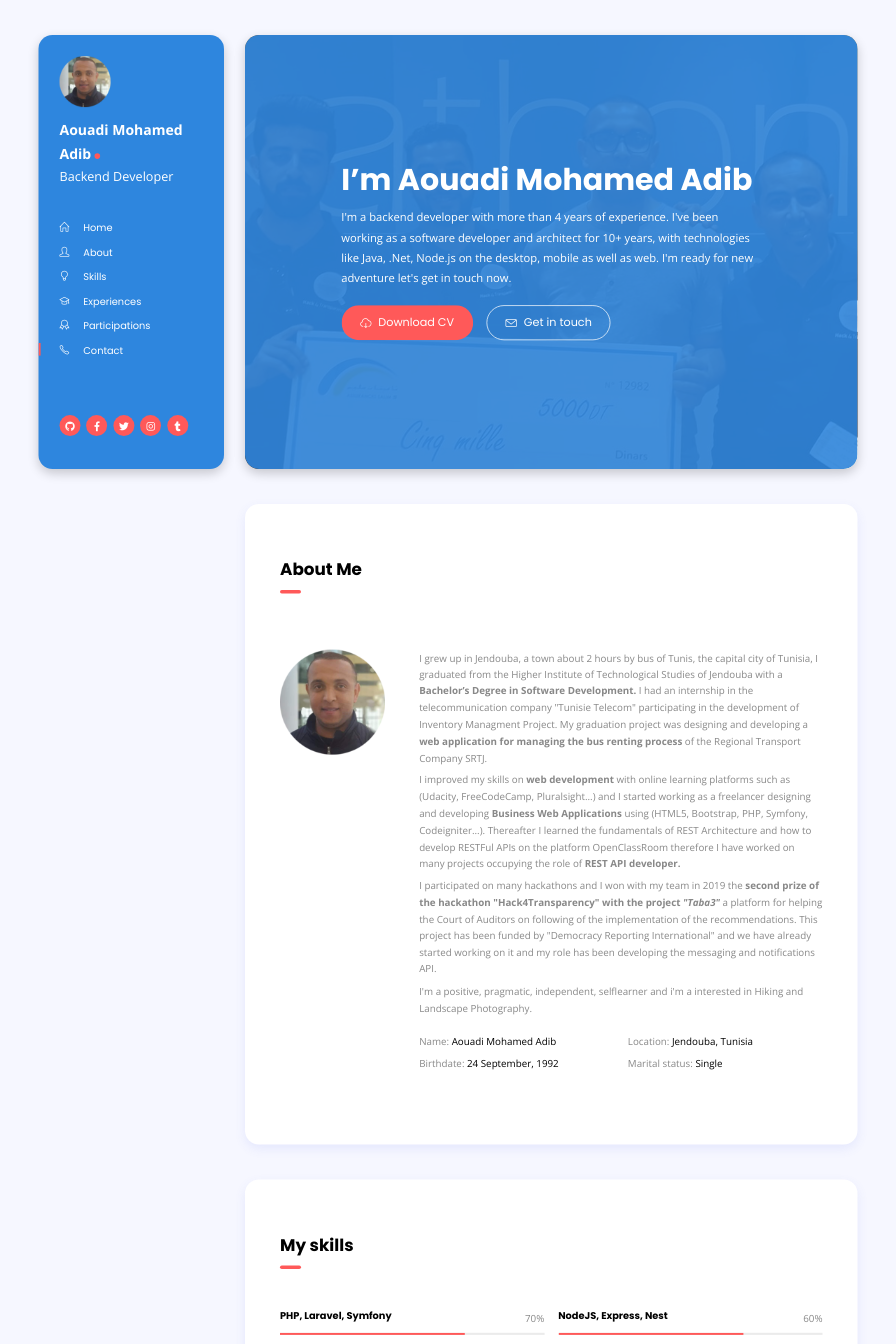
Repository: Adib128/Adib128.github.io
Page: index.html
The author's editor kept a copy of each file at every save. The page is drawn from the files as they stood at one save, then again after the next save.
The browser window is 1280 px wide. The pictures show the part of the page from y = 0 to 1920 px (the page is 5729 px tall), at 70% of full size.

Above is the page before, as saved 2021-10-21 17:45:29.

### index.html
<!DOCTYPE html>
<html lang="en-US">

<head>
	<meta http-equiv="Content-Type" content="text/html; charset=UTF-8">
	<title>Adib - Backend Developer</title>
	<meta name="description" content="Aouadi Mohamed Adib - Backend Developer">
	<meta name="viewport" content="width=device-width, initial-scale=1, maximum-scale=1">
	<link rel="shortcut icon" type="image/x-icon" href="images\favicon.ico">

	<!-- STYLESHEETS -->
	<link rel="stylesheet" href="css\bootstrap.min.css" type="text/css" media="all">
	<link rel="stylesheet" href="css\all.min.css" type="text/css" media="all">
	<link rel="stylesheet" href="css\simple-line-icons.css" type="text/css" media="all">
	<link rel="stylesheet" href="css\slick.css" type="text/css" media="all">
	<link rel="stylesheet" href="css\jquery.mCustomScrollbar.min.css" type="text/css" media="all">
	<link rel="stylesheet" href="css\style.css" type="text/css" media="all">
</head>

<body>

	<!-- preloader -->
	<div id="preloader">
		<div class="outer">
			<div class="spinner">
				<div class="dot1"></div>
				<div class="dot2"></div>
			</div>
		</div>
	</div>

	<!-- site wrapper -->
	<div class="site-wrapper">

		<!-- mobile header -->
		<div class="mobile-header py-2 px-3 mt-4">
			<button class="menu-icon mr-2">
				<span></span>
				<span></span>
				<span></span>
			</button>
			<a href="index.html" class="logo"><img src="images\logo.png" alt="Aouadi Mohamed Adib"></a>
			<a href="index.html" class="site-title dot ml-2">Aouadi Mohamed Adib</a>
		</div>

		<!-- header -->
		<header class="left float-left shadow-dark" id="header">
			<button type="button" class="close" aria-label="Close">
				<span aria-hidden="true">&times;</span>
			</button>
			<div class="header-inner d-flex align-items-start flex-column">
				<a href="index.html"><img src="images\logo.png" alt="Aouadi Mohamed Adib"></a>
				<a href="index.html" class="site-title dot mt-3">Aouadi Mohamed Adib</a>
				<span class="site-slogan">Backend Developer</span>

				<!-- navigation menu -->
				<nav>
					<ul class="vertical-menu scrollspy">
						<li><a href="#home" class="active"><i class="icon-home"></i>Home</a></li>
						<li><a href="#about"><i class="icon-user"></i>About</a></li>
						<li><a href="#skills"><i class="icon-bulb"></i>Skills</a></li>
						<li><a href="#resume"><i class="icon-graduation"></i>Experiences</a></li>
						<li><a href="#participation"><i class="icon-badge"></i>Participations</a></li>
						<li><a href="#contact"><i class="icon-phone"></i>Contact</a></li>
					</ul>
				</nav>

				<!-- footer -->
				<div class="footer mt-auto">

					<!-- social icons -->
					<ul class="social-icons list-inline">
						<li class="list-inline-item"><a href="https://github.com/Adib128/" target="_blank"><i
									class="fab fa-github"></i></a></li>
						<li class="list-inline-item"><a href="https://www.facebook.com/aouadi.adib/" target="_blank"><i
									class="fab fa-facebook-f"></i></a></li>
						<li class="list-inline-item"><a href="https://twitter.com/Adib128" target="_blank"><i
									class="fab fa-twitter"></i></a></li>
						<li class="list-inline-item"><a href="https://www.instagram.com/aouadi.adib/" target="_blank"><i
									class="fab fa-instagram"></i></a></li>
						<li class="list-inline-item"><a href="https://adib128.tumblr.com/" target="_blank"><i
									class="fab fa-tumblr"></i></a></li>
					</ul>
				</div>
			</div>
		</header>

		<!-- main content area -->
		<main class="content float-right">

			<!-- section hero -->
			<section class="hero background parallax shadow-dark d-flex align-items-center" id="home"
				data-image-src="images/adib.jpg">
				<div class="cta mx-auto mt-2">
					<h1 class="mt-0 mb-4">I’m Aouadi Mohamed Adib</h1>
					<p class="mb-4">
						I'm a backend developer with more than 4 years of experience.
						I've been working as a software developer and architect for 10+ years, with technologies like Java, .Net, Node.js on the desktop, mobile as well as web.
						I'm ready for new adventure let's get in touch now.
					</p>
					<a href="./cv/cv_aouadi_mohamed_adib.pdf" target="_blank" class="btn btn-default btn-lg mr-3"><i
							class="icon-cloud-download" download></i>Download CV</a>
					<a href="#contact" class="btn btn-border-light btn-lg"><i class="icon-envelope"></i>Get in touch</a>
				</div>
				<div class="overlay"></div>
			</section>

			<!-- section about -->
			<section id="about" class="shadow-blue white-bg padding">
				<h3 class="section-title">About Me</h3>
				<div class="spacer" data-height="80"></div>

				<div class="row">
					<div class="col-md-3">
						<img src="images\about.png" alt="about">
					</div>
					<div class="col-md-9">
						<p class="mb-0">
							I grew up in Jendouba, a town about 2 hours by bus of Tunis, the capital city of Tunisia, I
							graduated from the Higher Institute of Technological Studies of Jendouba
							with a <b>Bachelor’s Degree in Software Development.</b> I had an internship in the
							telecommunication company "Tunisie Telecom" participating in the development of Inventory
							Managment Project.
							My graduation project was designing and developing a <b> web application for managing the
								bus renting process </b> of the Regional Transport Company SRTJ.
						<div class="spacer" data-height="8"></div>
						I improved my skills on <b> web development </b> with online learning platforms such as
						(Udacity, FreeCodeCamp, Pluralsight...)
						and I started working as a freelancer designing and developing <b> Business Web Applications
						</b> using (HTML5, Bootstrap, PHP, Symfony, Codeigniter...).
						Thereafter I learned the fundamentals of REST Architecture and how to develop RESTFul APIs on
						the platform OpenClassRoom therefore I have worked on many projects occupying the role
						of<b> REST API developer. </b>
						<div class="spacer" data-height="8"></div>
						I participated on many hackathons and I won with my team in 2019 the <b> second prize of the
							hackathon "Hack4Transparency"  with the project <i>"Taba3"</i>  </b> a platform for
						helping the Court of Auditors on following of the implementation of the recommendations.
						This project has been funded by "Democracy Reporting International" and we have already started
						working on it and my role has been developing the messaging and notifications API.
						<div class="spacer" data-height="8"></div>
						I'm a positive, pragmatic, independent, selflearner and i'm a interested in Hiking and Landscape
						Photography.

						</p>
						<div class="row my-4">
							<div class="col-md-6">
								<p class="mb-2">Name: <span class="text-dark">Aouadi Mohamed Adib</span></p>
								<p class="mb-0">Birthdate: <span class="text-dark">24 September, 1992</span></p>
							</div>
							<div class="col-md-6 mt-2 mt-md-0 mt-sm-2">
								<p class="mb-2">Location: <span class="text-dark">Jendouba, Tunisia</span></p>
								<p class="mb-0">Marital status: <span class="text-dark">Single</span></p>
							</div>
						</div>
					</div>
				</div>
			</section>

			<!-- section skills -->
			<section id="skills" class="shadow-blue white-bg padding">
				<h3 class="section-title">My skills</h3>
				<div class="spacer" data-height="10"></div>

				<div class="row mt-5">

					<div class="col-md-6">
						<!-- skill item -->
						<div class="skill-item">
							<div class="skill-info clearfix">
								<h4 class="float-left mb-3 mt-0">PHP, Laravel, Symfony</h4>
								<span class="float-right">70%</span>
							</div>
							<div class="progress">
								<div class="progress-bar" role="progressbar" aria-valuemin="0" aria-valuemax="100"
									aria-valuenow="70">
								</div>
							</div>
							<div class="spacer" data-height="50"></div>
						</div>
					</div>

					<div class="col-md-6">
						<!-- skill item -->
						<div class="skill-item">
							<div class="skill-info clearfix">
								<h4 class="float-left mb-3 mt-0">NodeJS, Express, Nest</h4>
								<span class="float-right">60%</span>
							</div>
							<div class="progress">
								<div class="progress-bar" role="progressbar" aria-valuemin="0" aria-valuemax="100"
									aria-valuenow="70">
								</div>
							</div>
							<div class="spacer" data-height="50"></div>
						</div>
					</div>

					<div class="col-md-6">
						<!-- skill item -->
						<div class="skill-item">
							<div class="skill-info clearfix">
								<h4 class="float-left mb-3 mt-0">SQL, MySQL</h4>
								<span class="float-right">70%</span>
							</div>
							<div class="progress">
								<div class="progress-bar" role="progressbar" aria-valuemin="0" aria-valuemax="100"
									aria-valuenow="70">
								</div>
							</div>
							<div class="spacer" data-height="50"></div>
						</div>
					</div>

					<div class="col-md-6">
						<!-- skill item -->
						<div class="skill-item">
							<div class="skill-info clearfix">
								<h4 class="float-left mb-3 mt-0">NoSQL, MongoDB</h4>
								<span class="float-right">50%</span>
							</div>
							<div class="progress">
								<div class="progress-bar" role="progressbar" aria-valuemin="0" aria-valuemax="100"
									aria-valuenow="50">
								</div>
							</div>
							<div class="spacer" data-height="50"></div>
						</div>
					</div>

					<div class="col-md-6">
						<!-- skill item -->
						<div class="skill-item">
							<div class="skill-info clearfix">
								<h4 class="float-left mb-3 mt-0">HTML, Bootstrap</h4>
								<span class="float-right">60%</span>
							</div>
							<div class="progress">
								<div class="progress-bar" role="progressbar" aria-valuemin="0" aria-valuemax="100"
									aria-valuenow="60">
								</div>
							</div>
							<div class="spacer" data-height="50"></div>
						</div>
					</div>

					<div class="col-md-6">
						<!-- skill item -->
						<div class="skill-item">
							<div class="skill-info clearfix">
								<h4 class="float-left mb-3 mt-0">Git, Docker</h4>
								<span class="float-right">70%</span>
							</div>
							<div class="progress">
								<div class="progress-bar" role="progressbar" aria-valuemin="0" aria-valuemax="100"
									aria-valuenow="70">
								</div>
							</div>
							<div class="spacer" data-height="50"></div>
						</div>
					</div>

				</div>
			</section>

			<!-- section experience -->
			<section id="resume" class="shadow-blue white-bg padding">
				<h3 class="section-title">Experience</h3>
				<div class="spacer" data-height="80"></div>

				<!-- timeline -->
				<div class="timeline">
					<div class="entry">
						<div class="title">
							<span>2018 - Present</span>
						</div>
						<div class="body">
							<h4 class="mt-0">Software Developer</h4>
							<ul>
								<li> Analyzing and studying the company's business needs. </li>
								<li> Participating in the development of business web applications.</li>
								<li> Developing new features for the existing applications</li>
								<li> Migrating and structuring data from classic databases.</li>
								<li> Supporting staff for the best usage of the applications.</li>
							</ul>
							<p> <i class="fa fa-building"></i><b> Regional Transport Company of Jendouba</b> , Tunisia
							</p>
						</div>
					</div>
					<div class="entry">
						<div class="title">
							<span> 2021</span>
						</div>
						<div class="body">
							<h4 class="mt-0">Backend Developer</h4>
							<ul>
								<li>Participation in the analyze of the project "Taba3".</li>
								<li>Development and documentation of the RESTFUL API.</li>
								<li>Test and Deployment of the project.</li>
							</ul>
							<p> <i class="fa fa-building"></i><b> Court of Auditors Tunisia</b> , Tunisia
							</p>
						</div>
					</div>
					<div class="entry">
						<div class="title">
							<span>2016 - 2018</span>
						</div>
						<div class="body">
							<h4 class="mt-0">Freelance Web Developer</h4>
							<ul>
								<li> Analyzing and studying customers needs. </li>
								<li> Database creation, integration, and management. </li>
								<li> Developing and maintaining well documented RESTful API's. </li>
								<li> Developing backend components and connect the application with third-party
									services.</li>
								<li> Testing and Debuging the developed functions and services.</li>
							</ul>
							<p> <i class="fa fa-globe"></i><b> Freelance</b>
							</p>
						</div>
					</div>
					<div class="entry">
						<div class="title">
							<span>January to May 2014</span>
						</div>
						<div class="body">
							<h4 class="mt-0">Internship/Graduation project</h4>
							<ul>
								<li> Analyze The Business Case of Bus Renting Management </li>
								<li> Development of a Web Application for Renting Bus Managment </li>
								<li> Test and Deployment of the Application </li>
							</ul>
							<p> <i class="fa fa-building"></i><b> Regional Transport Company of Jendouba</b> , Tunisia
							</p>
						</div>
					</div>
					<div class="entry">
						<div class="title">
							<span>July 2013</span>
						</div>
						<div class="body">
							<h4 class="mt-0">Web Developer Intern</h4>
							<ul>
								<li> Participation in the development of Inventory Managment Project </li>
							</ul>
							<p> <i class="fa fa-building"></i><b> Tunisie Telecom</b>, Tunisia </p>
						</div>
					</div>
					<div class="entry">
						<div class="title">
							<span>2011 - 2014</span>
						</div>
						<div class="body">
							<h4 class="mt-0">Bachelor’s Degree in Software Development</h4>
							<p> <i class="fa fa-building"></i><b> Higher Institute of Technological Studies Jendouba</b>
								, Tunisia </p>
						</div>
					</div>
					<span class="timeline-line"></span>
				</div>
			</section>

			<!-- section blog -->
			<section id="participation" class="shadow-blue white-bg padding">
				<h3 class="section-title">Participations</h3>
				<div class="spacer" data-height="80"></div>

				<div class="row">

					<div class="col-md-4">
						<!-- blog item -->
						<div class="blog-item">
							<div class="thumb">
								<a href="http://www.courdescomptes.nat.tn/Fr/actualites_7_22_D123" target="_blank">
									<img src="images\blog\hack_01.jpg" alt="blog-title">
							</div>
							<h4 class="mt-4 mb-0">Hackathon Hack4Transparency</h4>
							<ul class="list-inline meta mb-0 mt-3">
								<li class="list-inline-item">Awarded second place with the project "Taba3" a web and
									mobile app for monitoring of the implementation of the recommendations by Court of
									Auditors. </li>
							</ul>
							</a>
						</div>
						<div class="spacer" data-height="50"></div>
					</div>

					<div class="col-md-4">
						<!-- blog item -->
						<div class="blog-item">
							<div class="thumb">
								<a href="https://ieee.tn/event/ieee-tunisia-apps-for-democracy-challenge/"
									target="_blank">
									<img src="images\blog\hack_02.jpg" alt="blog-title">
								</a>
							</div>
							<h4 class="mt-4 mb-0">IEEE Tunisia Apps for democracy Hackathon</h4>
							<ul class="list-inline meta mb-0 mt-3">
								<li class="list-inline-item">Awarded from the top five projects and honored by the
									minister of technology with a web app helps hospitals in managing the appointments.
								</li>
							</ul>
							</a>
						</div>
						<div class="spacer" data-height="50"></div>
					</div>

					<div class="col-md-4">
						<!-- blog item -->
						<div class="blog-item">
							<div class="thumb">
								<a href="https://www.worldbank.org/en/events/2017/01/05/maghreb-women-hackathon"
									target="_blank">
									<img src="images\blog\hack_05.jpg" alt="blog-title">

							</div>
							<h4 class="mt-4 mb-0">Mentor on the Hackathon Empower Her Tech4Women</h4>
							<ul class="list-inline meta mb-0 mt-3">
								<li class="list-inline-item">Helping participants on choosing the best tools and
									programming languages for developing their projects.</li>
							</ul>
							</a>
						</div>
					</div>

					<div class="col-md-4">
						<!-- blog item -->
						<div class="blog-item">
							<div class="thumb">
								<a href="https://www.facebook.com/events/589729551460478/permalink/595658370867596/"
									target="_blank">
									<img src="images\blog\hack_06.jpg" alt="blog-title">
							</div>
							<h4 class="mt-4 mb-0">Workshop Progressive Web App </h4>
							<ul class="list-inline meta mb-0 mt-3">
								<li class="list-inline-item">Hands on labs on development of Progressive Web
									Applications. </li>
							</ul>
							</a>
						</div>
					</div>

					<div class="col-md-4">
						<!-- blog item -->
						<div class="blog-item">
							<div class="thumb">
								<a href="https://www.meetup.com/fr-FR/GDG-Beja/photos/28817358/" target="_blank">
									<img src="images\blog\hack_08.jpg" alt="blog-title">

							</div>
							<h4 class="mt-4 mb-0">Workshop Symfony 4</h4>
							<ul class="list-inline meta mb-0 mt-3">
								<li class="list-inline-item">Hands on labs on developing web app with the symfony
									framework.</li>
							</ul>
							</a>
						</div>
					</div>



					<div class="col-md-4">
						<!-- blog item -->
						<div class="blog-item">
							<div class="thumb">
								<a>
									<img src="images\blog\hack_07.jpg" alt="blog-title">
								</a>
							</div>
							<h4 class="mt-4 mb-0">Workshop HTML5, CSS3, Javascript</h4>
							<ul class="list-inline meta mb-0 mt-3">
								<li class="list-inline-item">Helping participants to grow their level on the development
									of web pages using HTML5, CSS3 and Javascript.</li>
							</ul>
							</a>
						</div>
					</div>

				</div>

			</section>

			<!-- section contact -->
			<section id="contact" class="shadow-blue white-bg padding">
				<h3 class="section-title">Contact Me</h3>
				<div class="spacer" data-height="80"></div>

				<div class="row">

					<div class="col-md-4 mb-4 mb-md-0">
						<!-- contact info -->
						<div class="contact-info mb-5">
							<i class="icon-phone"></i>
							<div class="details">
								<h5>Phone</h5>
								<span>+216 52 715 075</span>
							</div>
						</div>
						<div class="contact-info mb-5">
							<i class="icon-envelope"></i>
							<div class="details">
								<h5>Email address</h5>
								<span>aouadi.adib@gmail.com</span>
							</div>
						</div>
						<div class="contact-info">
							<i class="icon-social-skype"></i>
							<div class="details">
								<h5>Skype</h5>
								<span>live:aouadi.adib_1</span>
							</div>
						</div>
					</div>

					<div class="col-md-8">
						<!-- Contact Form -->
						<form id="contact-form" class="contact-form" method="post">

							<div class="messages"></div>

							<div class="row">
								<div class="column col-md-6">
									<!-- Name input -->
									<div class="form-group">
										<input type="text" class="form-control" name="name" id="name"
											placeholder="Your name" required="required" data-error="Name is required.">
										<div class="help-block with-errors"></div>
									</div>
								</div>

								<div class="column col-md-6">
									<!-- Email input -->
									<div class="form-group">
										<input type="email" class="form-control" id="email" name="email"
											placeholder="Email address" required="required"
											data-error="Email is required.">
										<div class="help-block with-errors"></div>
									</div>
								</div>

								<div class="column col-md-12">
									<!-- Email input -->
									<div class="form-group">
										<input type="text" class="form-control" id="subject" name="subject"
											placeholder="Subject" required="required" data-error="Subject is required.">
										<div class="help-block with-errors"></div>
									</div>
								</div>

								<div class="column col-md-12">
									<!-- Message textarea -->
									<div class="form-group">
										<textarea name="message" id="message" class="form-control" rows="5"
											placeholder="Message" required="required"
											data-error="Message is required."></textarea>
										<div class="help-block with-errors"></div>
									</div>
								</div>
							</div>

							<button type="button" id="btn-sub" value="Submit" class="btn btn-default"><i
									class="icon-paper-plane"></i>Send Message</button><!-- Send Button -->

						</form>
						<!-- Contact Form end -->
					</div>

				</div>

			</section>

		</main>

	</div>

	<div class="modal fade" id="myModal" tabindex="-1" role="dialog" aria-labelledby="exampleModalLabel">
		<div class="modal-dialog" role="document">
			<div class="modal-content">
				<div class="modal-header">
					<button type="button" class="close" data-dismiss="modal" aria-label="Close"><span
							aria-hidden="true">&times;</span></button>
				</div>
				<div class="modal-body">
					<h4>Thank you for your contact i will reply you soon.</h4>
				</div>
				<div class="modal-footer">
					<button type="button" class="btn btn-default" data-dismiss="modal">Close</button>
				</div>
			</div>
		</div>
	</div>

	<!-- Go to top button -->
	<a href="javascript:" id="return-to-top"><i class="fa fa-chevron-up"></i></a>

	<!-- SCRIPTS -->
	<script src="js\jquery-1.12.3.min.js"></script>
	<script src="js\jquery.easing.min.js"></script>
	<script src="js\popper.min.js"></script>
	<script src="js\bootstrap.min.js"></script>
	<script src="js\jquery.waypoints.min.js"></script>
	<script src="js\jquery.counterup.min.js"></script>
	<script src="js\jquery.mCustomScrollbar.concat.min.js"></script>
	<script src="js\isotope.pkgd.min.js"></script>
	<script src="js\infinite-scroll.min.js"></script>
	<script src="js\imagesloaded.pkgd.min.js"></script>
	<script src="js\slick.min.js"></script>
	<script src="js\contact.js"></script>
	<script src="js\validator.js"></script>
	<script src="js\custom.js"></script>

</body>

</html>

Loaded but not shown: css/bootstrap.min.css (library); css/all.min.css (library); css/slick.css (library); css/jquery.mCustomScrollbar.min.css (library); js/jquery-1.12.3.min.js (library); js/jquery.easing.min.js (library); js/popper.min.js (library); js/bootstrap.min.js (library); js/jquery.waypoints.min.js (library); js/jquery.counterup.min.js (common file); js/jquery.mCustomScrollbar.concat.min.js (library); js/isotope.pkgd.min.js (library); js/infinite-scroll.min.js (library); js/imagesloaded.pkgd.min.js (library); js/slick.min.js (library); js/validator.js (385 lines, source omitted); js/custom.js (313 lines, source omitted); js/contact.js (46 lines, source omitted); css/style.css (1690 lines, source omitted); css/simple-line-icons.css (778 lines, source omitted)

After the next save:
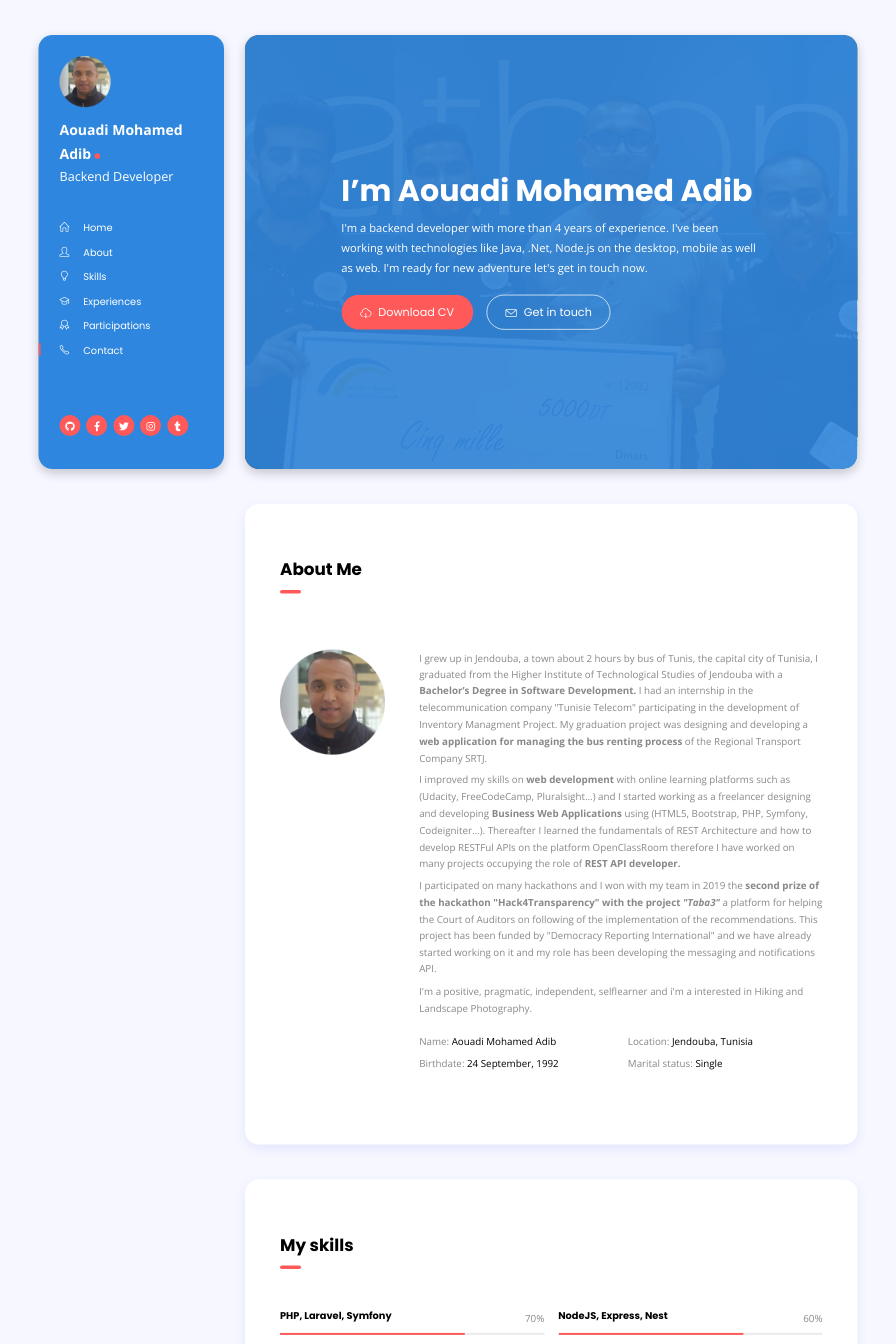
Saved 9 s later.
--- a/index.html
+++ b/index.html
@@ -95,7 +95,7 @@
 					<h1 class="mt-0 mb-4">I’m Aouadi Mohamed Adib</h1>
 					<p class="mb-4">
 						I'm a backend developer with more than 4 years of experience.
-						I've been working as a software developer and architect for 10+ years, with technologies like Java, .Net, Node.js on the desktop, mobile as well as web.
+						I've been working with technologies like Java, .Net, Node.js on the desktop, mobile as well as web.
 						I'm ready for new adventure let's get in touch now.
 					</p>
 					<a href="./cv/cv_aouadi_mohamed_adib.pdf" target="_blank" class="btn btn-default btn-lg mr-3"><i
